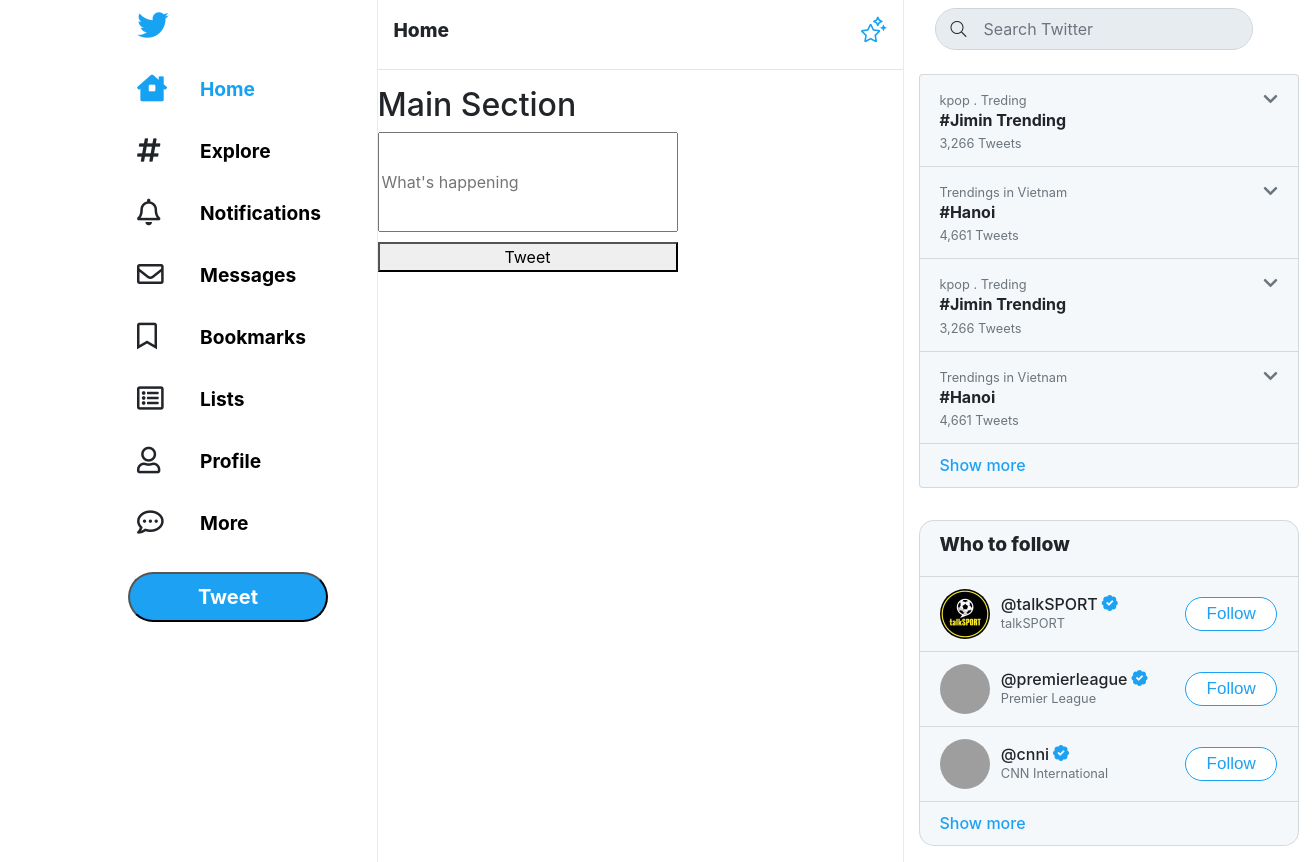
Repository: tts2610/Twitter-clone
Page: index.html
The author's editor kept a copy of each file at every save. The page is drawn from the files as they stood at one save, then again after the next save.
The browser window is 1280 px wide. The page is 1299 px wide, then 1315 px, so the pictures cover 1315 px, including what lies to the right of the window. The pictures show the whole page.
Pictures or frames that could not be fetched are drawn as grey boxes.

Above is the page before, as saved 2020-05-23 15:23:10.

### index.html
<!DOCTYPE html>
<html lang="en">

<head>
    <meta charset="UTF-8">
    <!-- <meta name="viewport" content="width=device-width, initial-scale=1.0"> -->
    <title>Document</title>
    <link rel="stylesheet" href="css/style.css">
    <!-- Latest compiled and minified CSS -->
    <link rel="stylesheet" href="https://maxcdn.bootstrapcdn.com/bootstrap/4.5.0/css/bootstrap.min.css">

    <!-- jQuery library -->
    <script src="https://ajax.googleapis.com/ajax/libs/jquery/3.5.1/jquery.min.js"></script>

    <!-- Popper JS -->
    <script src="https://cdnjs.cloudflare.com/ajax/libs/popper.js/1.16.0/umd/popper.min.js"></script>

    <!-- Latest compiled JavaScript -->
    <script src="https://maxcdn.bootstrapcdn.com/bootstrap/4.5.0/js/bootstrap.min.js"></script>

    <!-- <link rel="stylesheet" crossorigin="anonymous" href="https://use.fontawesome.com/releases/v5.6.3/css/all.css" integrity="sha384-UHRtZLI+pbxtHCWp1t77Bi1L4ZtiqrqD80Kn4Z8NTSRyMA2Fd33n5dQ8lWUE00s/" /> -->
    <link rel="stylesheet" href="css/all.css">

</head>


<body>
    <div class="container">
        <div class="row">
            <div class="col-3">
                <div class="row">
                    <div class="col"><img src="/img/twt-logo1.png" alt="twitter-logo" width="50" height="50"></div>
                </div>
                <div class="row my-3">
                    <div id="outerMenuContainer" style="color: #16a2f2;">
                        <div class="col-2 mr-4 py-2 px-4" style="font-size: 20px;"><i class="fas fa-house fa-lg"></i></div>
                        <div class="col-10 py-2" style="margin-right: 0px;padding-right: 0px;font-weight: 700;font-size: larger;"> <a href="#Home" style="color: #16a2f2;">Home</a></div>
                    </div>

                </div>
                <div class="row my-3">
                    <div id="outerMenuContainer">
                        <div class="col-2 mr-4 py-2 px-4" style="font-size: 20px;"><i class="fas fa-hashtag fa-lg"></i></div>
                        <div class="col-10" style="margin-right: 0px;padding-right: 0px;font-weight: 700;font-size: larger;"><a href="#services">Explore</a></div>

                    </div>
                </div>
                <div class="row my-3">
                    <div id="outerMenuContainer">
                        <div class="col-2 mr-4 py-2 px-4" style="font-size: 20px;"><i class="far fa-bell fa-lg"></i></div>
                        <div class="col-10" style="margin-right: 0px;padding-right: 0px;font-weight: 700;font-size: larger;"><a href="#clients">Notifications</a></div>

                    </div>
                </div>
                <div class="row my-3">
                    <div id="outerMenuContainer">
                        <div class="col-2 mr-4 py-2 px-4" style="font-size: 20px;"><i class="far fa-envelope fa-lg"></i></div>
                        <div class="col-10" style="margin-right: 0px;padding-right: 0px;font-weight: 700;font-size: larger;"><a href="#contact">Messages</a></div>
                    </div>
                </div>
                <div class="row my-3">
                    <div id="outerMenuContainer">
                        <div class="col-2 mr-4 py-2 px-4" style="font-size: 20px;"><i class="far fa-bookmark fa-lg"></i></div>
                        <div class="col-10" style="margin-right: 0px;padding-right: 0px;font-weight: 700;font-size: larger;"><a href="#clients">Bookmarks</a></div>
                    </div>
                </div>
                <div class="row my-3">
                    <div id="outerMenuContainer">
                        <div class="col-2 mr-4 py-2 px-4" style="font-size: 20px;"><i class="far fa-list-alt fa-lg"></i></div>
                        <div class="col-10" style="margin-right: 0px;padding-right: 0px;font-weight: 700;font-size: larger;"><a href="#contact">Lists</a></div>
                    </div>
                </div>
                <div class="row my-3">
                    <div id="outerMenuContainer">
                        <div class="col-2 mr-4 py-2 px-4" style="font-size: 20px;"><i class="far fa-user fa-lg"></i></div>
                        <div class="col-10" style="margin-right: 0px;padding-right: 0px;font-weight: 700;font-size: larger;"><a href="#clients">Profile</a></div>
                    </div>
                </div>
                <div class="row my-3">
                    <div id="outerMenuContainer">
                        <div class="col-2 mr-4 py-2 px-4" style="font-size: 20px;"><i class="far fa-comment-dots fa-lg"></i></div>
                        <div class="col-10" style="margin-right: 0px;padding-right: 0px;font-weight: 700;font-size: larger;"><a href="#contact">More</a></div>
                    </div>
                </div>
                <div class="row my-3">
                    <div class="col"><button class="tweetbtn" href="#">Tweet</button></div>
                </div>
            </div>

            <div class="col-6" style="border-right: #e6ecf0 solid 1px; border-left: #e6ecf0 solid 1px; padding-left: 0px; padding-right: 0px;">
                <nav class="navbar sticky-top navbar-light my-2" id="leftNav">
                    <span>Home</span>
                    <span style="color: #16a2f2;"><i class="fal fa-stars fa-lg"></i></span>
                </nav>
                <hr/>
                <div>
                    <h2>Main Section</h2>
                    <input type="text" id="tweetArea" placeholder="What's happening">
                    <button id="tweetBtn" onclick="post()">Tweet</button>
                    <span id="remain"></span>
                    <div id="content" class="mt-5">
                    </div>



                </div>
            </div>

            <div class="col-3">
                <nav class="navbar sticky-top navbar-light" id="rightNav">
                    <span style="position: absolute;z-index: 100;"><i class="fal fa-search ml-3"></i></span>
                    <div><input class="form-control mr-sm-2 pl-5" type="search" placeholder="Search Twitter" aria-label="Search" id="search"></div>
                </nav>
                <div id="trendings" class="py-3">
                    <ul class="list-group mb-3">
                        <!-- <li class="list-group-item d-flex justify-content-between lh-condensed header" style="border-radius: 15px 15px 0px 0px;" id="trendingHeader">
                            <div>
                                <div class="trends-header">Trends for you</div>
                            </div>
                            <span class="text-muted"><i class="fal fa-cog" style="COLOR: rgba(29,161,242,1.00); font-size: larger;"></i></span>
                        </li> -->
                        <li class="list-group-item d-flex justify-content-between lh-condensed content" id="trending1">
                            <div>
                                <small class="text-muted">Trendings in Vietnam</small>
                                <h6 class="my-0 hashtag">#Hanoi</h6>
                                <small class="text-muted">4,661 Tweets</small>
                            </div>
                            <span class="text-muted"><i class="fas fa-chevron-down"></i></span>
                        </li>
                        <li class="list-group-item d-flex justify-content-between lh-condensed content" id="trending2">
                            <div>
                                <small class="text-muted">kpop . Treding</small>
                                <h6 class="my-0 hashtag">#Jimin Trending</h6>
                                <small class="text-muted">3,266 Tweets</small>
                            </div>
                            <span class="text-muted"><i class="fas fa-chevron-down"></i></span>
                        </li>
                        <li class="list-group-item d-flex justify-content-between lh-condensed content" id="trending3">
                            <div>
                                <small class="text-muted">Trendings in Vietnam</small>
                                <h6 class="my-0 hashtag">#Hanoi</h6>
                                <small class="text-muted">4,661 Tweets</small>
                            </div>
                            <span class="text-muted"><i class="fas fa-chevron-down"></i></span>
                        </li>
                        <li class="list-group-item d-flex justify-content-between lh-condensed content" id="trending4">
                            <div>
                                <small class="text-muted">kpop . Treding</small>
                                <h6 class="my-0 hashtag">#Jimin Trending</h6>
                                <small class="text-muted">3,266 Tweets</small>
                            </div>
                            <span class="text-muted"><i class="fas fa-chevron-down"></i></span>
                        </li>
                        <li class="list-group-item d-flex justify-content-between lh-condensed content" style="border-radius: 0px 0px 15px 15px">
                            <div>
                                <h6 class="my-0"><a href="#" style="COLOR: rgba(29,161,242,1.00); text-decoration: none;">Show more</a></h6>
                            </div>
                        </li>
                    </ul>
                </div>

                <div id="whoToFollow" class="">
                    <ul class="list-group mb-3">
                        <li class="list-group-item d-flex justify-content-between lh-condensed" style="border-radius: 15px 15px 0px 0px;">
                            <div>
                                <h5 class="whoToFollow-header">Who to follow</h5>
                            </div>
                        </li>
                        <li class="list-group-item content">
                            <div class="row">
                                <div class="col-2">
                                    <img src="img/profileImages/talkSport.jpg" id="moreToFollowImg" alt="Avatar">
                                </div>
                                <div class="col-6">
                                    <div style="display: flex;">
                                        <h6 class="my-0 hashtag">@talkSPORT</h6>
                                        <i class="ml-1 fas fa-badge-check"></i>
                                    </div>

                                    <small class="text-muted">talkSPORT</small>

                                </div>
                                <div class="col-4">
                                    <a href="#" class="followBtn">Follow</a>
                                </div>
                            </div>
                        </li>
                        <li class="list-group-item content">
                            <div class="row">
                                <div class="col-2">
                                    <img src="https://d3pc1xvrcw35tl.cloudfront.net/ln/feedImages/643x481/bwpUoL-J_400x400_ckOpi7f_4RVQqqi_ZPjpFJN_cnPYP1e_202004.jpg" id="moreToFollowImg" alt="Avatar">
                                </div>
                                <div class="col-6">
                                    <div style="display: flex;">
                                        <h6 class="my-0 hashtag">@premierleague</h6>
                                        <i class="ml-1 fas fa-badge-check"></i>
                                    </div>

                                    <small class="text-muted">Premier League</small>

                                </div>
                                <div class="col-4">
                                    <a href="#" class="followBtn">Follow</a>
                                </div>
                            </div>
                        </li>
                        <li class="list-group-item content">
                            <div class="row">
                                <div class="col-2">
                                    <img src="https://upload.wikimedia.org/wikipedia/commons/thumb/6/66/CNN_International_logo.svg/1200px-CNN_International_logo.svg.png" id="moreToFollowImg" alt="Avatar">
                                </div>
                                <div class="col-6">
                                    <div style="display: flex;">
                                        <h6 class="my-0 hashtag">@cnni</h6>
                                        <i class="ml-1 fas fa-badge-check"></i>
                                    </div>

                                    <small class="text-muted">CNN International</small>

                                </div>
                                <div class="col-4">
                                    <a href="#" class="followBtn">Follow</a>
                                </div>
                            </div>
                        </li>
                        <li class="list-group-item d-flex justify-content-between lh-condensed content" style="border-radius: 0px 0px 15px 15px">
                            <div>
                                <h6 class="my-0"><a href="#" style="COLOR: rgba(29,161,242,1.00); text-decoration: none;">Show more</a></h6>
                            </div>
                        </li>
                    </ul>
                </div>
            </div>
        </div>

        <!-- <nav class="navbar sticky-top navbar-expand-lg navbar-light bg-light">
                <a class="navbar-brand" href="#">Navbar</a>
                <button class="navbar-toggler" type="button" data-toggle="collapse" data-target="#navbarSupportedContent" aria-controls="navbarSupportedContent" aria-expanded="false" aria-label="Toggle navigation">
                  <span class="navbar-toggler-icon"></span>
                </button>

                <div class="collapse navbar-collapse" id="navbarSupportedContent">
                    <ul class="navbar-nav mr-auto">
                    </ul>
                    <form class="form-inline my-2 my-lg-0">
                        <input class="form-control mr-sm-2" type="search" placeholder="Search" aria-label="Search">
                        <button class="btn btn-outline-success my-2 my-sm-0" type="submit">Search</button>
                    </form>
                </div>
            </nav> -->
        <!-- <div class="column2">

        </div>

        <div class="column3">

        </div> -->


        <!-- END COL-3 -->
    </div>

    <script src="js/script.js"></script>
    <script src="js/moment.js"></script>
</body>

</html>

### css/style.css
* {
    box-sizing: border-box;
}

body {
    font-family: “Helvetica Neue”, Helvetica, Arial, sans-serif;
}

body .container {
    max-width: 80%;
    padding-left: 0px;
    padding-right: 0px;
}


/* .container {
    width: 60%;
} */

#leftNav {
    display: flex;
    justify-content: space-between;
    font-size: larger;
    font-weight: 800;
    background-color: white;
}

#rightNav {
    width: 100%;
    background-color: white;
}

#rightNav .input-group-prepend {
    background-color: white !important;
    color: white !important;
}

#search {
    border-radius: 30px;
    height: 10px;
    padding: 20px;
    position: relative;
    width: 318px;
    background-color: #e6ecf0;
}

.sidenav {
    height: 100%;
    position: fixed;
    z-index: 1;
    top: 0;
    left: 0;
    background-color: rgb(255, 255, 255);
    overflow-x: hidden;
    padding-top: 20px;
    border-right: 1px solid lightgrey;
}

.sidenav a {
    text-decoration: none;
    font-size: 25px;
    color: #000000;
    display: block;
    font-family: system-ui, -apple-system, BlinkMacSystemFont, "Segoe UI", Roboto, Ubuntu, "Helvetica Neue", sans-serif;
    ;
    margin: 5px;
    margin-bottom: 10px;
}

.sidenav a:hover {
    color: #16afdd;
}

.main {
    margin-left: 160px;
    /* Same as the width of the sidenav /
    font-size: 28px; / Increased text to enable scrolling */
    padding: 0px 10px;
}

@media screen and (max-height: 450px) {
    .sidenav {
        padding-top: 15px;
    }
    .sidenav a {
        font-size: 18px;
    }
}

.tweetbtn {
    height: 50px;
    width: 200px;
    border-radius: 40px;
    background-color: rgb(29, 161, 242);
    color: white;
    font-weight: bolder;
    font-size: 20px;
    cursor: pointer;
    margin-left: 0px;
    margin-top: 10px;
}

.tweetbtn:hover {
    background-color: rgba(26, 145, 218);
}

.home {
    display: flex;
}

.explore {
    display: flex;
}

.notifications {
    display: flex;
}

.messages {
    display: flex;
}

.bookmarks {
    display: flex;
}

.lists {
    display: flex;
}

.profile {
    display: flex;
}

.more {
    display: flex;
}


/* Clear floats after the columns */

.row:after {
    content: "";
    display: table;
    clear: both;
}

tr {
    text-align: center;
}

#tweetArea {
    width: 300px;
    height: 100px
}

#tweetBtn {
    margin-top: 10px;
    width: 300px;
}

#trendings {
    min-width: 380px;
}

#trendings .list-group-item {
    background-color: #f5f8fa;
}

#trendings .content {
    cursor: pointer;
}

#trendings .trends-header {
    font-weight: 800;
    font-size: larger;
}

#trendings .content:hover {
    filter: brightness(97%)
}

#trendings ul li .hashtag {
    font-weight: 700;
}

#moreToFollowImg {
    border-radius: 50%;
    width: 50px;
    height: 50px;
}

.fa-badge-check {
    color: rgba(29, 161, 242, 1.00);
}

.followBtn {
    -webkit-border-radius: 20px;
    -moz-border-radius: 20px;
    border-radius: 25px;
    color: #1DA1F2;
    font-family: Arial;
    font-size: 17px;
    font-weight: 200;
    padding: 3px;
    background-color: #FFFFFF;
    border: solid #1DA1F2 1px;
    text-decoration: none;
    /* display: inline-block; */
    cursor: pointer;
    text-align: center;
}

.followBtn:hover {
    color: #1DA1F2;
    background: #CFE7F6;
    border-radius: 25px;
    text-decoration: none;
    opacity: 0.7;
}

#whoToFollow {
    min-width: 380px;
}

#whoToFollow .list-group-item {
    background-color: #f5f8fa;
}

#whoToFollow .content {
    cursor: pointer;
}

#whoToFollow .content:hover {
    filter: brightness(97%)
}

#whoToFollow .row .col-6 {
    display: flex;
    flex-direction: column;
    justify-content: center;
}

#whoToFollow .row .col-6 .hashtag {
    text-overflow: ellipsis;
    white-space: nowrap;
    overflow: hidden;
}

#whoToFollow .row .col-4 {
    display: flex;
    flex-direction: column;
    justify-content: center;
}

#whoToFollow .whoToFollow-header {
    font-weight: 800;
    font-size: larger;
}

h6 {
    font-weight: 700;
}

#content .functionBar {
    display: flex;
    justify-content: space-between;
}

#content .row {
    padding: 30px;
    border: 1px solid lightgrey;
}

#content .row div {
    margin-top: 4px;
}

#outerMenuContainer {
    display: flex;
    flex-direction: row;
    align-items: center;
    width: max-content;
}

#outerMenuContainer:hover {
    color: #1DA1F2 !important;
    background: #CFE7F6;
    border-radius: 25px;
    text-decoration: none;
    opacity: 0.7;
    /* padding: 5px 0px 5px 3px;
    width: max-content; */
}

#outerMenuContainer:hover a {
    color: #1DA1F2 !important;
}

#outerMenuContainer a {
    text-decoration: none;
    color: black;
}

Loaded but not shown: css/all.css (library); js/moment.js (library); js/script.js (178 lines, source omitted)

After the next save:
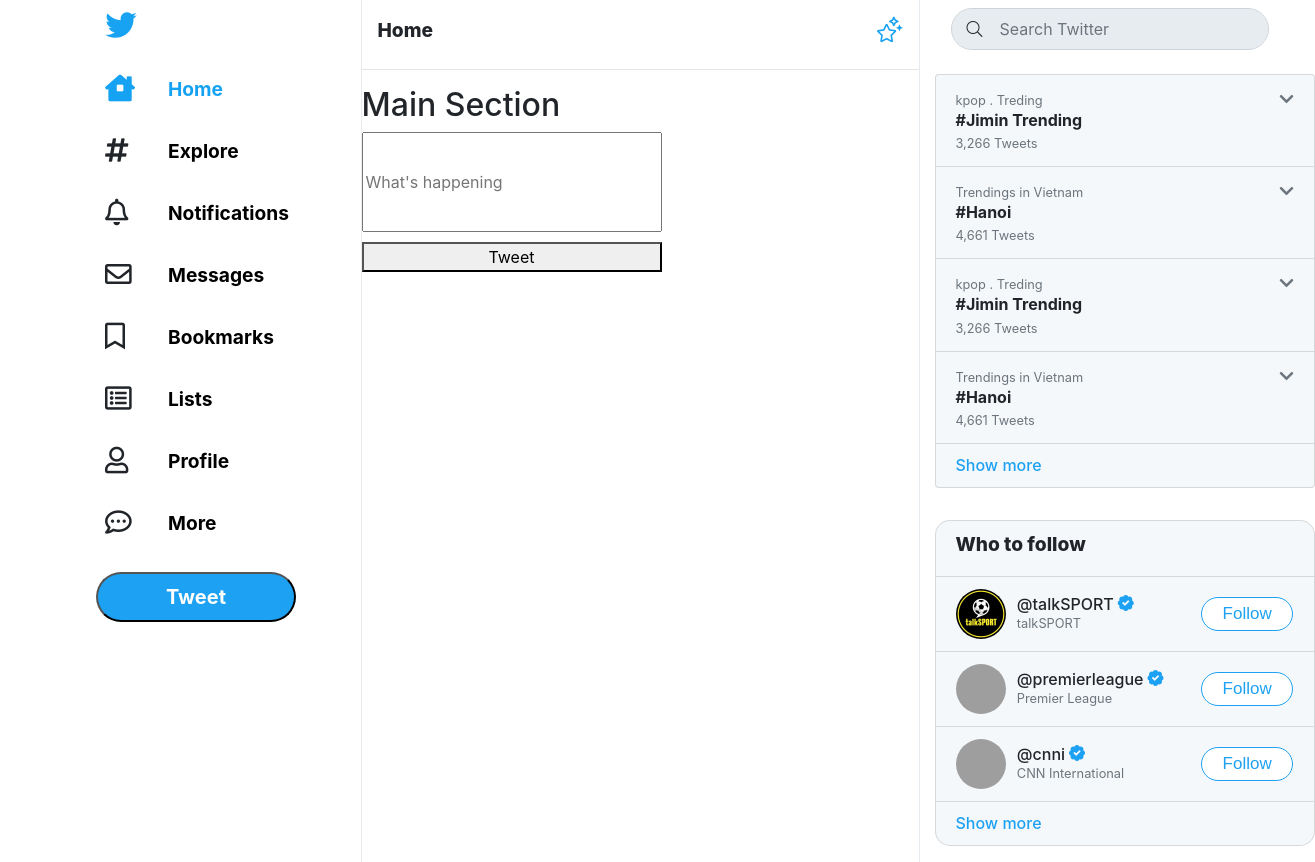
Saved 16 s later.
--- a/css/style.css
+++ b/css/style.css
@@ -7,7 +7,7 @@
 }
 
 body .container {
-    max-width: 80%;
+    max-width: 85%;
     padding-left: 0px;
     padding-right: 0px;
 }
